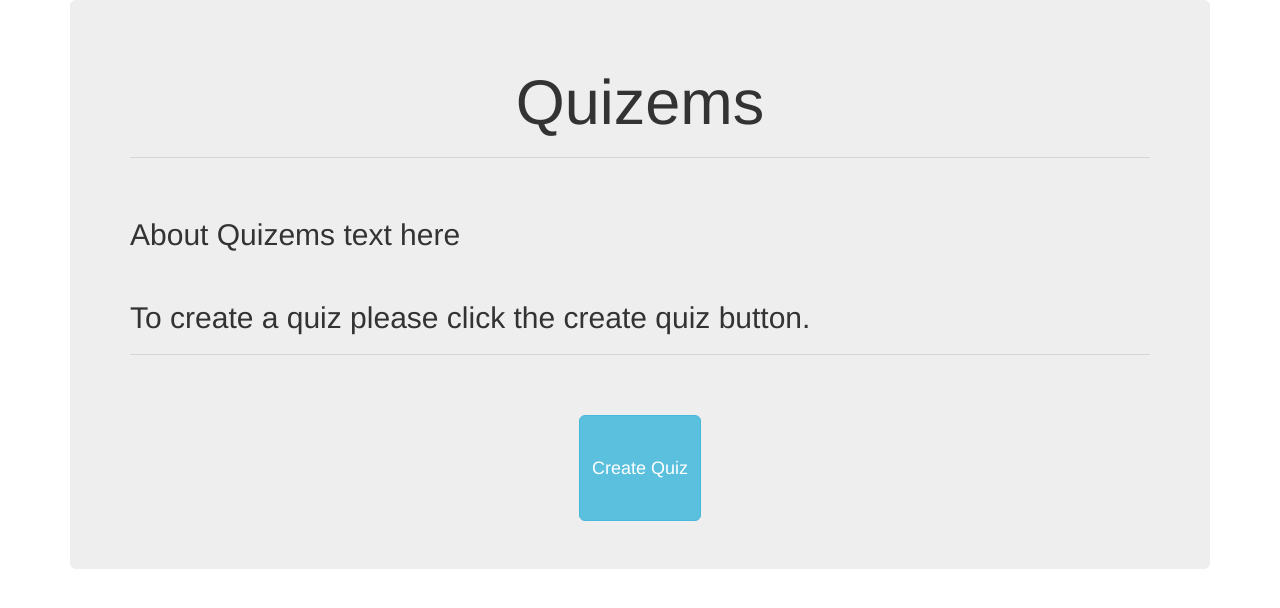
Repository: phillipdacosta/QuizemsNew
Page: /
An editor plug-in stored every save of this project. The page is shown before and after the next save, followed by the edit.
The browser window is 1280 px wide. The pictures show the whole page.
Some web libraries are served in a nearby version. The project was rebuilt for these pictures with package versions that can differ from the ones it lists, and the page was loaded fresh each time. Also part of the build but not shown: angular.json, src/app/professor/professor.component.ts, src/app/data.service.ts, src/app/question.model.ts, src/app/quiz/quiz.component.ts, src/app/student/student.component.ts, src/app/questions/questions.component.ts, src/app/question-display/question-display.component.ts and 1 more.

Above is the page before, as saved 2019-06-30 16:18:20.

### src/index.html
<!doctype html>
<html>
<head>
  <meta charset="utf-8">
  <title>Angular Bootstrap Demo</title>
  <base href="/">
  <meta name="viewport" content="width=device-width, initial-scale=1">
  <link rel="icon" type="image/x-icon" href="favicon.ico">
  <link rel="stylesheet" href="https://maxcdn.bootstrapcdn.com/bootstrap/3.3.7/css/bootstrap.min.css" integrity="sha384-BVYiiSIFeK1dGmJRAkycuHAHRg32OmUcww7on3RYdg4Va+PmSTsz/K68vbdEjh4u" crossorigin="anonymous">
</head>
<body>
  <app-root>Loading...</app-root>
  <script src="https://code.jquery.com/jquery-3.1.1.min.js" integrity="sha256-hVVnYaiADRTO2PzUGmuLJr8BLUSjGIZsDYGmIJLv2b8=" crossorigin="anonymous"></script>
  <script src="https://maxcdn.bootstrapcdn.com/bootstrap/3.3.7/js/bootstrap.min.js" integrity="sha384-Tc5IQib027qvyjSMfHjOMaLkfuWVxZxUPnCJA7l2mCWNIpG9mGCD8wGNIcPD7Txa" crossorigin="anonymous"></script>
</body>
</html>

### src/app/app-routing.module.ts
import { NgModule } from '@angular/core';
import { Routes, RouterModule } from '@angular/router';
import { ProfessorComponent } from './professor/professor.component';
import { QuestionsComponent } from './questions/questions.component';
import { QuizComponent } from './quiz/quiz.component';
import { AboutComponent } from './about/about.component';

const routes: Routes = [

  {
    path: '',
    component: AboutComponent,

 } ,

  {
    path: 'home',
    component: ProfessorComponent,

 } ,


 {
  path: 'quiz',
  component: QuizComponent

}

];

@NgModule({
  imports: [RouterModule.forRoot(routes), RouterModule.forRoot(routes,{useHash:true})],
  exports: [RouterModule]
})
export class AppRoutingModule { }

### src/app/app.component.ts
import { Component } from '@angular/core';

@Component({
  selector: 'app-root',
  templateUrl: './app.component.html',
  styleUrls: ['./app.component.css']
})
export class AppComponent {
  title = 'quizems';
}

### src/app/about/about.component.ts
import { Component, OnInit } from '@angular/core';
import { Router } from '@angular/router';

@Component({
  selector: 'app-about',
  templateUrl: './about.component.html',
  styleUrls: ['./about.component.css']
})
export class AboutComponent implements OnInit {

  constructor(private router : Router) { }

  navigateToQuiz() {

    this.router.navigateByUrl('home');
  }

  ngOnInit() {
  }

}

### src/app/about/about.component.html

<div class = "container">

<div class = "jumbotron">



<h1 class = "welcomeText">

    Quizems
  </h1>

  <hr>
  <br>
  <h2>

     About Quizems text here
   </h2>

<br>

<h2>
  To create a quiz please click the create quiz button.
</h2>

<hr>
<br>

  <br>

  <div class = "col text-center">



<button type="button" class="btn btn-info btn-lg" (click) = "navigateToQuiz()">Create Quiz</button>

</div>
</div>

</div>

### src/app/about/about.component.css
.welcomeText{

    text-align: center;
}

.btn{

    padding: 40px 12px;
}

Loaded but not shown: src/styles.css (common file); src/main.ts (common file); src/app/app.module.ts (common file); src/environments/environment.ts (common file); src/app/app.component.html (common file); src/app/app.component.css (no stored copy; drawn as an empty file)

After the next save:
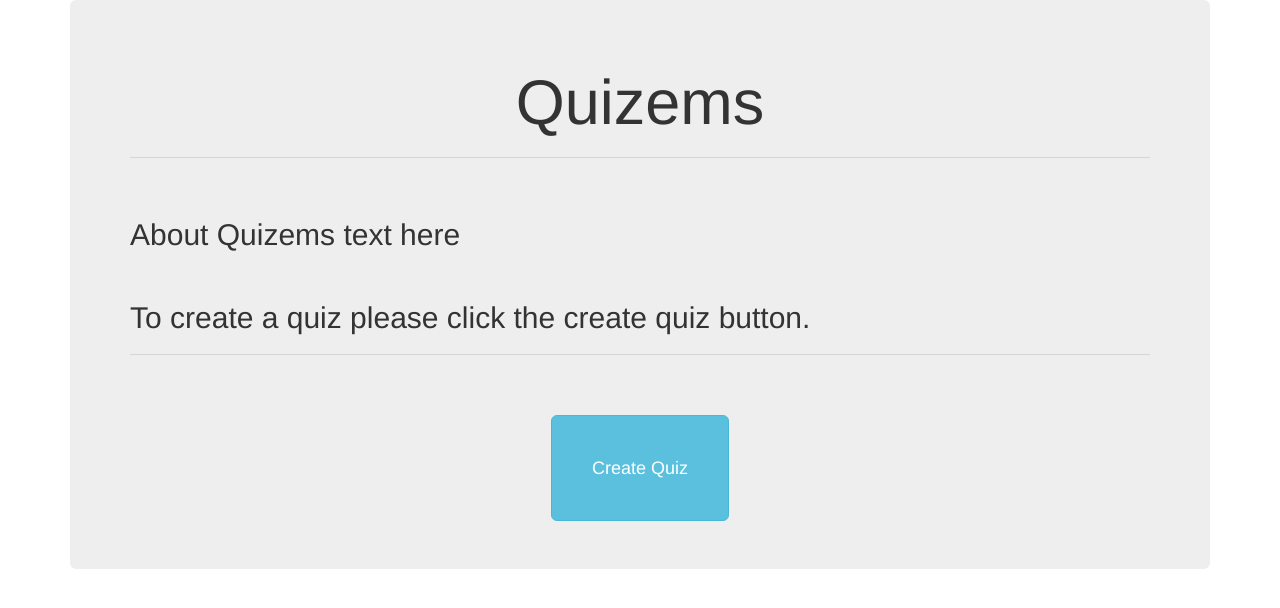
Saved 5 s later.
--- a/src/app/about/about.component.css
+++ b/src/app/about/about.component.css
@@ -5,5 +5,5 @@
 
 .btn{
 
-    padding: 40px 12px;
+    padding: 40px 40px;
 }
